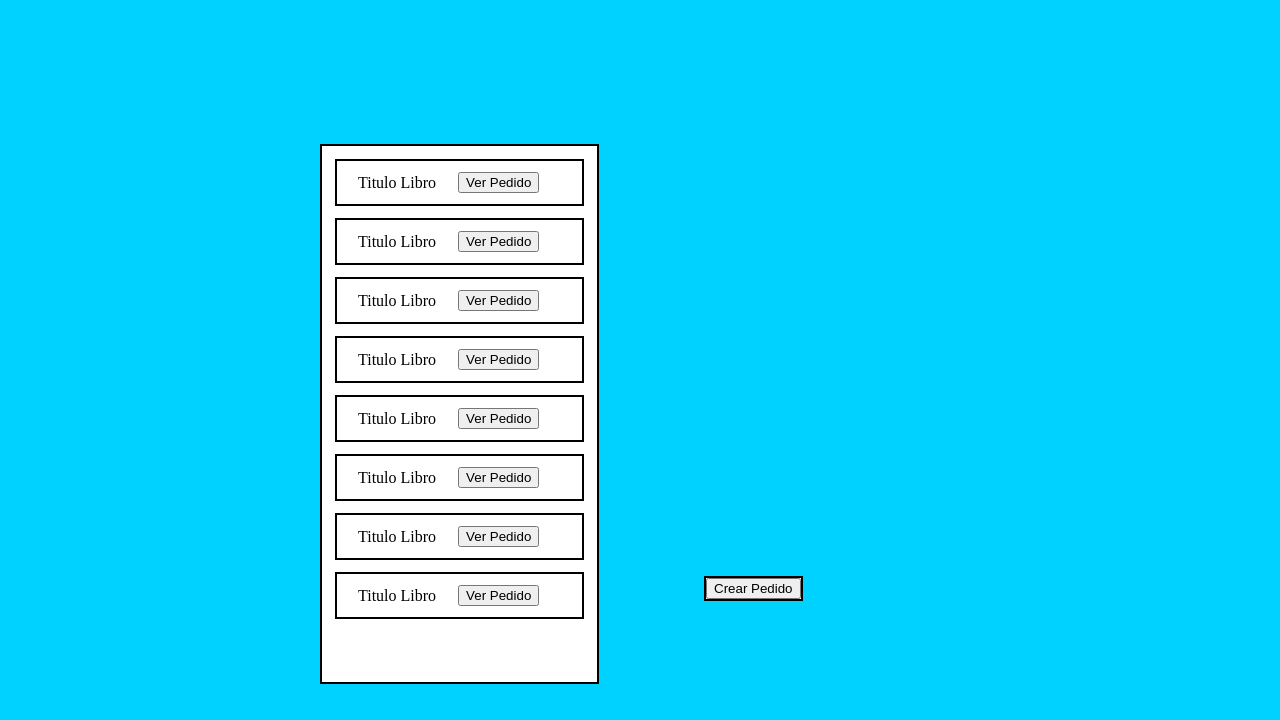
Repository: i72frpeu/IW_Bien
Page: http://localhost/Trabajo_IW/Vistas/Home Pedidos.jsp
The author's editor kept a copy of each file at every save. The page is drawn from the files as they stood at one save, then again after the next save.
The browser window is 1280 px wide. The pictures show the whole page.
The page is served by Tomcat 9.

Above is the page before, as saved 2020-05-21 15:46:18.

After the next save:
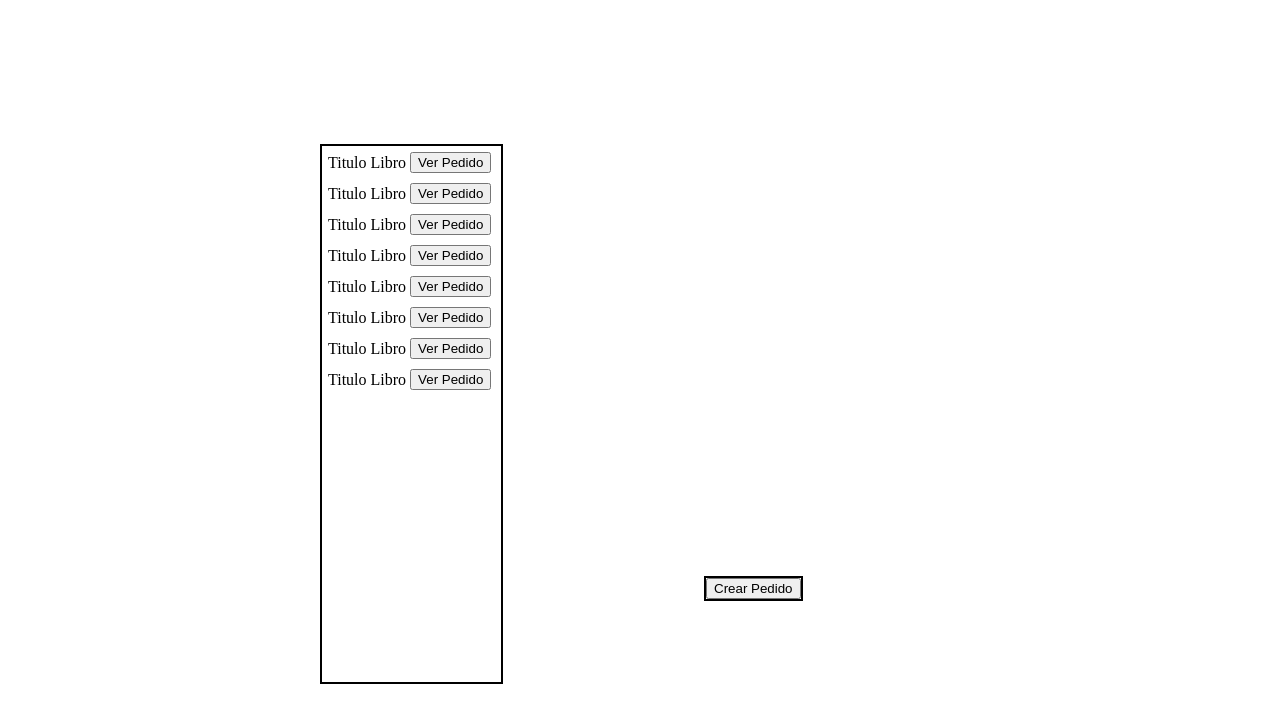
Saved 9 s later.
--- a/WorkSpace/Trabajo IW/WebContent/Vistas/Home Pedidos.jsp
+++ b/WorkSpace/Trabajo IW/WebContent/Vistas/Home Pedidos.jsp
@@ -25,7 +25,6 @@ if(Usuario.getTipo() == 1){
 <head>
 	<meta charset="ISO-8859-1">
 	<title>Home Pedidos</title>
-	<link rel="stylesheet" type="text/css" href="../CSS/headerprof.css">
 	<link rel="stylesheet" type="text/css" href="../CSS/wf7.0.css">
 </head>
 
